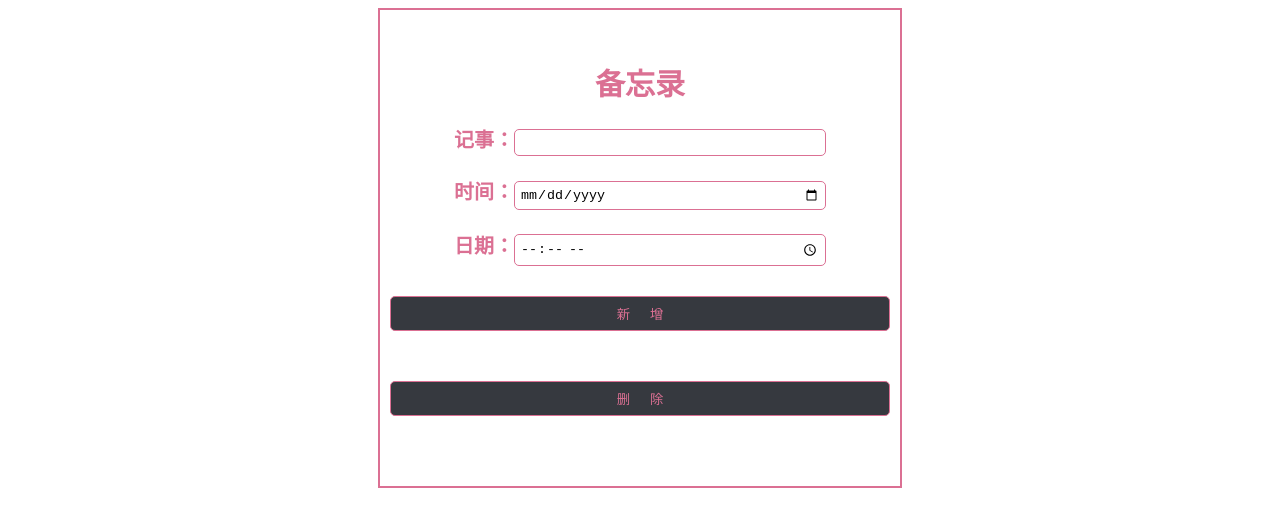
Repository: ErosHai/ReactDemo
Page: /
The author's editor kept a copy of each file at every save. The page is drawn from the files as they stood at one save, then again after the next save.
The browser window is 1280 px wide. The pictures show the whole page.
The project was rebuilt for these pictures with package versions that can differ from the ones it lists, and the page was loaded fresh each time. Also part of the build but not shown: src/pages/Home/components/Item/index.js.

Above is the page before, as saved 2022-03-17 21:36:52.

### src/index.js
import React from 'react'
import ReactDOM from 'react-dom'
import Home from './pages/Home'

ReactDOM.render(
	<React.StrictMode>
		<Home />
	</React.StrictMode>,
	document.getElementById('root')
)

### src/pages/Home/index.js
import Edit from './components/Edit'
import List from './components/List'
import { useState } from 'react'
import styled from 'styled-components'

const Container = styled.h1`
	width: 500px;
	height: auto;
	padding: 50px 10px;
	margin: 0 auto;
	border: 2px solid palevioletred;
	font-size: 30px;
	text-align: center;
	color: palevioletred;
`

const Home = () => {
	const [data, setData] = useState([])

	return (
		<Container>
			<Edit setData={setData} data={data} />
			<List listData={data} />
		</Container>
	)
}

export default Home

### src/pages/Home/components/Edit/index.js
import { useState } from 'react'
import styled from 'styled-components'

const LitleTitle = styled.div`
	margin-top: 20px;
	font-size: 20px;
`

const Input = styled.input`
	width: 300px;
	padding: 5px;
	margin: 0 auto;
	border-radius: 5px;
	border: 1px solid palevioletred;
	outline-color: palevioletred;
`
const Button = styled.button`
	width: 100%;
	height: 35px;
	padding: 0 10px;
	margin: 30px 0 20px 0;
	color: palevioletred;
	background-color: #36393f;
	border-radius: 5px;
	line-height: 35px;
	text-align: center;
	letter-spacing: 20px;
	text-indent: 20px;
	border: 0.5px solid palevioletred;
	&:hover {
		background-color: palevioletred;
		color: white;
		border: 0.5px solid palevioletred;
	}
`

function Edit({ data, setData }) {
	const handleInput = event => {
		const someThings = event.target.value
		return someThings
	}

	function handleAdd() {
		setData(data + 1)
	}

	return (
		<div>
			<div>备忘录</div>
			<LitleTitle>
				记事：
				<Input onChange={handleInput}></Input>
			</LitleTitle>
			<LitleTitle>
				时间：
				<Input onChange={handleInput} type="date"></Input>
			</LitleTitle>
			<LitleTitle>
				日期：
				<Input onChange={handleInput} type="time"></Input>
			</LitleTitle>
			<Button onClick={handleAdd}>新增</Button>
			<Button>删除</Button>
		</div>
	)
}

export default Edit

### src/pages/Home/components/List/index.js
import Item from '../Item'
import { v4 as uuidv4 } from 'uuid'

function List({ listData }) {
	console.log(listData)
	return (
		<div>
			{listData.map(item => (
				<Item key={uuidv4()} />
				// <div key={uuidv4()}>{item}</div>
			))}
		</div>
	)
}

export default List

Loaded but not shown: public/index.html (common file)

After the next save:
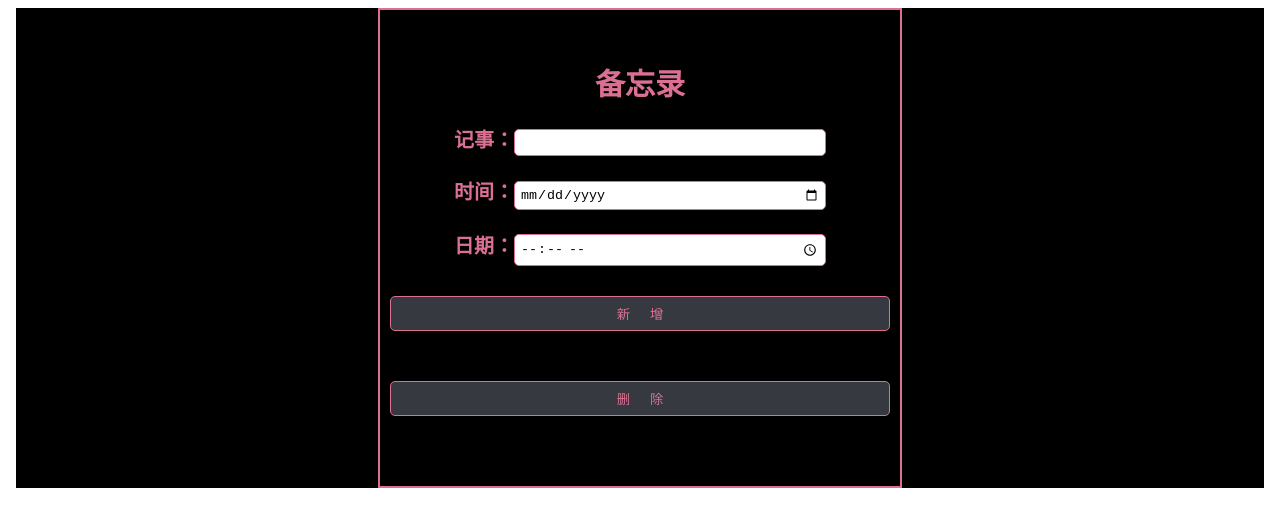
Saved 62 s later.
--- a/src/pages/Home/index.js
+++ b/src/pages/Home/index.js
@@ -13,15 +13,19 @@ const Container = styled.h1`
 	text-align: center;
 	color: palevioletred;
 `
-
+const Body = styled.body`
+	background-color: black;
+`
 const Home = () => {
 	const [data, setData] = useState([])
 
 	return (
-		<Container>
-			<Edit setData={setData} data={data} />
-			<List listData={data} />
-		</Container>
+		<Body>
+			<Container>
+				<Edit setData={setData} data={data} />
+				<List listData={data} />
+			</Container>
+		</Body>
 	)
 }
 
